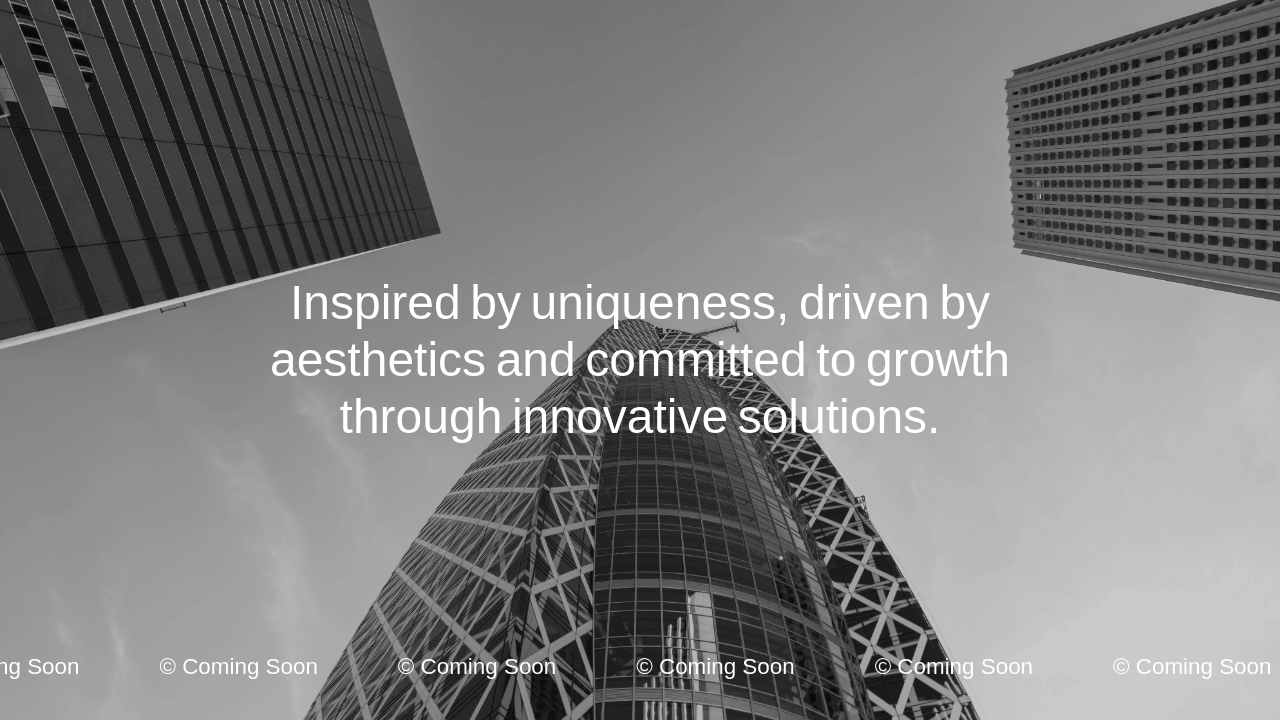
Repository: leswisss/comingsoon
Page: /
An editor plug-in stored every save of this project. The page is shown before and after the next save, followed by the edit.
The browser window is 1280 px wide. The pictures show the whole page.
Some web fonts or font styles are not loaded; a fallback is used. The project was rebuilt for these pictures with package versions that can differ from the ones it lists, and the page was loaded fresh each time. The framework's server and built-in components were replaced by stand-ins that run in the browser. Also part of the build but not shown: next.config.mjs.

Above is the page before, as saved 2024-06-16 16:01:55.

After the next save:
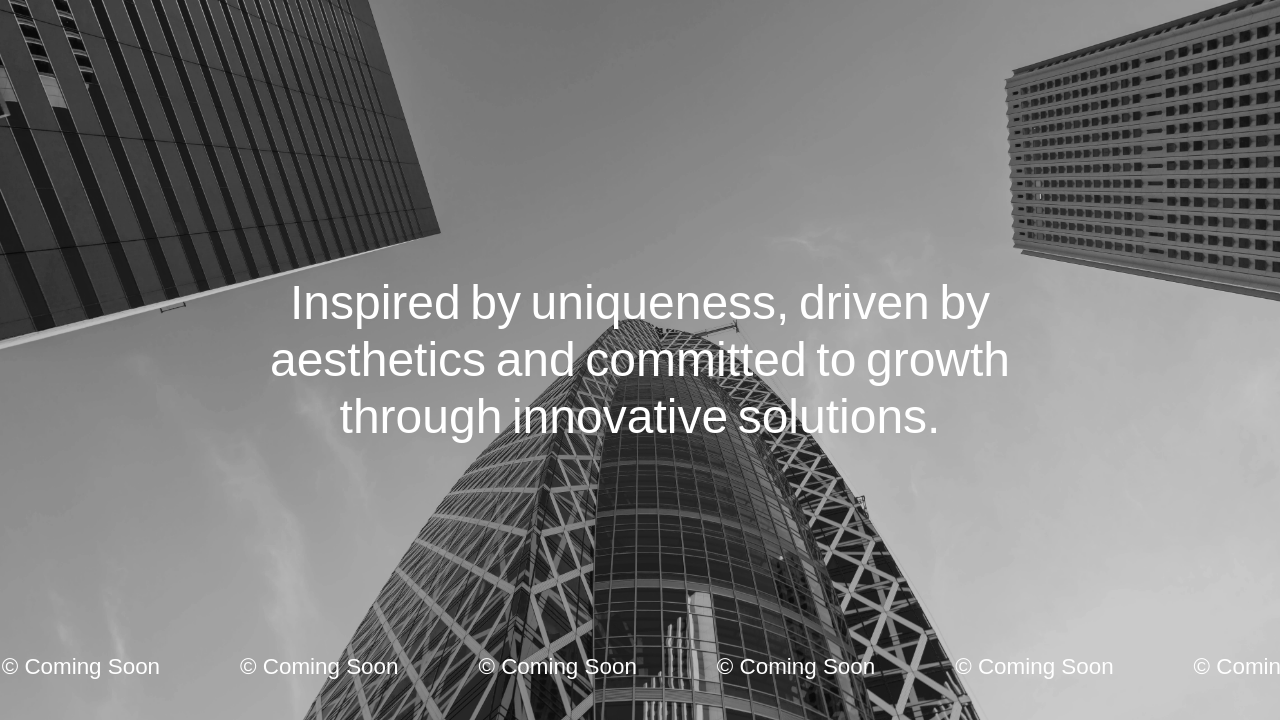
Saved 12 s later.
--- a/components/Marquee.tsx
+++ b/components/Marquee.tsx
@@ -18,7 +18,7 @@ const Marquee = () => {
   const animation = () => {
     gsap.set(firstRef.current, {xPercent: xPercent})
     gsap.set(secondRef.current, {xPercent: xPercent})
-    xPercent += 0.01 * direction;
+    xPercent += 0.03 * direction;
     requestAnimationFrame(animation)
   }
 
